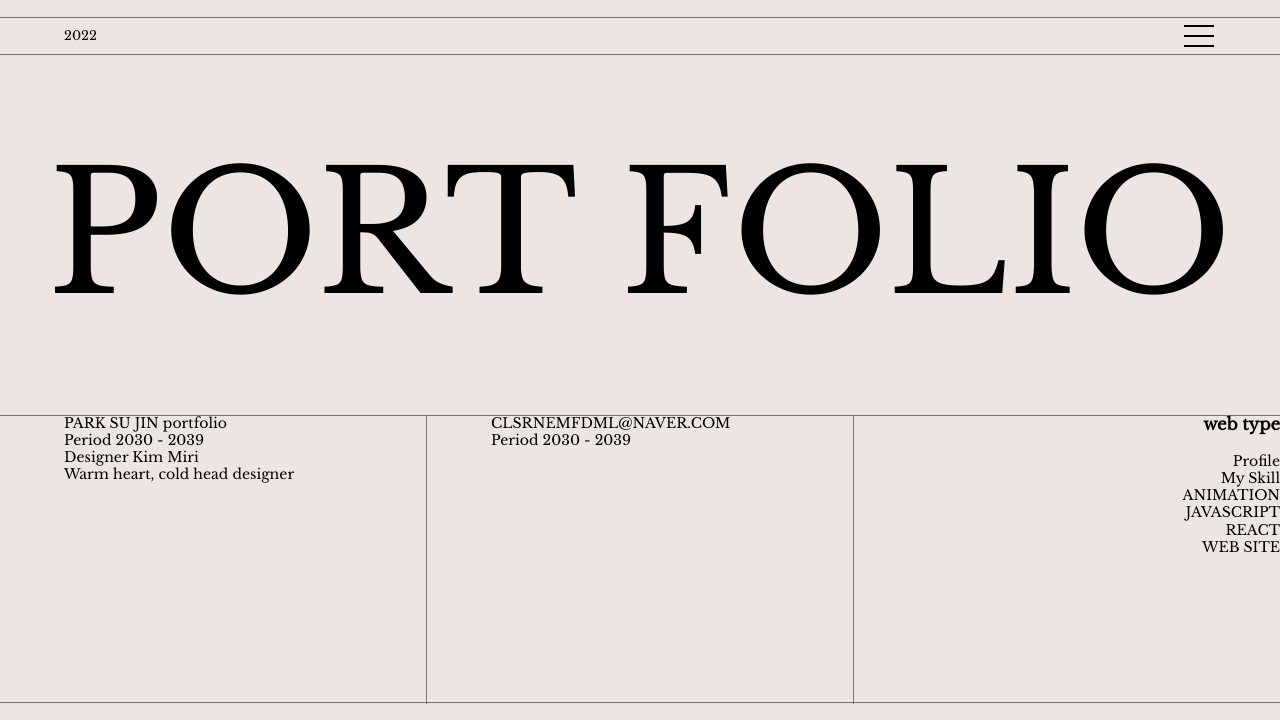
Repository: clsrnemfdml/portfolio_parksj_versiton1
Page: index.html
These files come from the project's save history. The page is drawn as it stood at one moment and after the next save; the edit follows.
The browser window is 1280 px wide. The pictures show the whole page.

Above is the page before, as saved 2021-09-02 08:09:25.

After the next save:
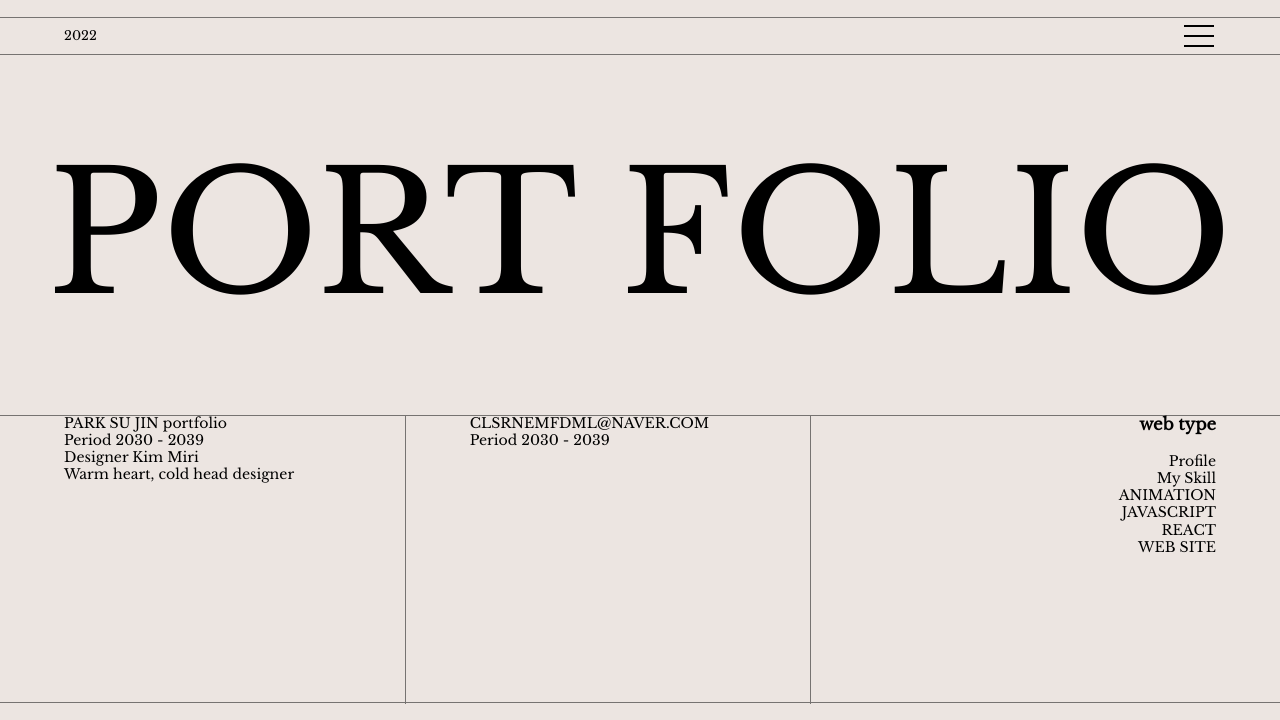
Saved 113 s later.
--- a/css/index.css
+++ b/css/index.css
@@ -113,6 +113,10 @@
         border-right: 1px solid #767371;
     }
 
+    #wrap #section1 .content_bottom .rsum3{
+    padding-right: 5%;
+    }
+
     #wrap #section1 .content_bottom .rsum3 p{
         text-align: right;
     }
